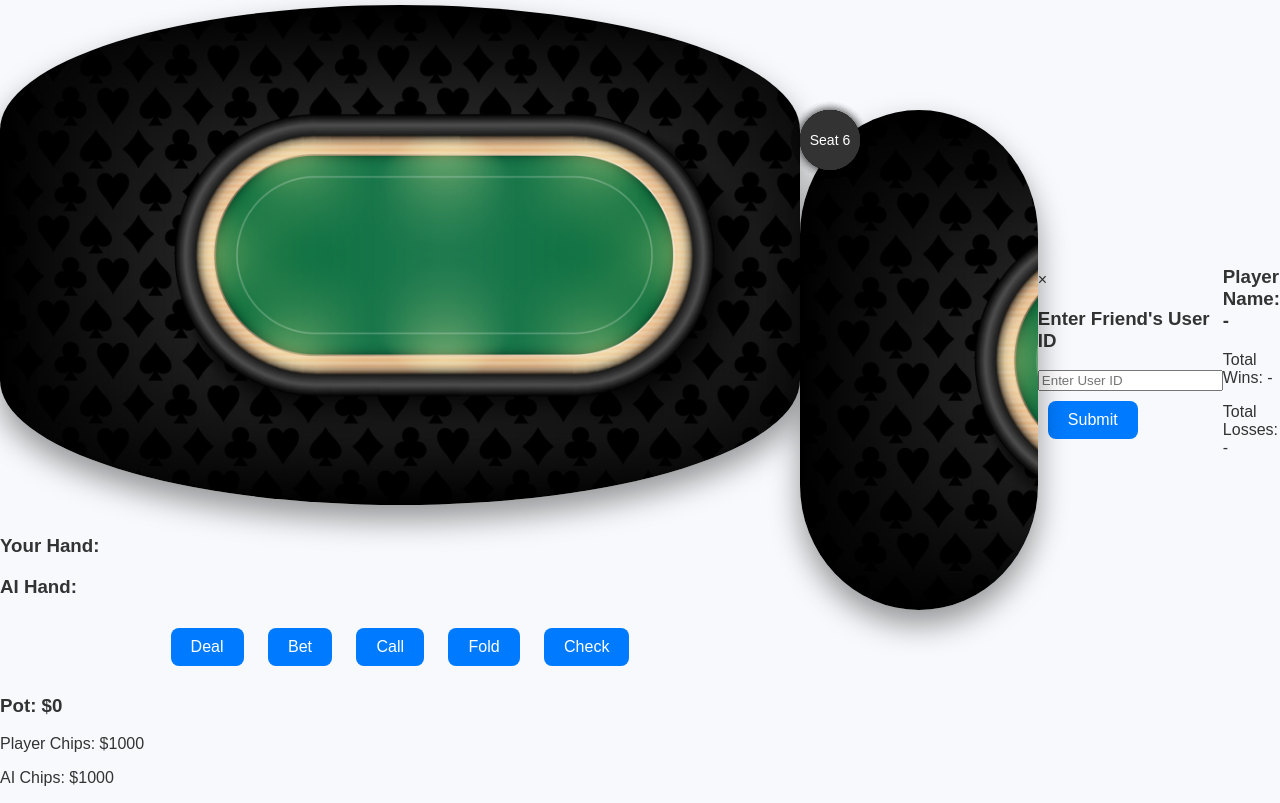
Repository: KidBillionaire/newapp
Page: public/playTable.html
These files come from the project's save history. The page is drawn as it stood at one moment and after the next save; the edit follows.
The browser window is 1280 px wide. The pictures show the whole page.

Above is the page before, as saved 2024-10-10 18:46:23.

After the next save:
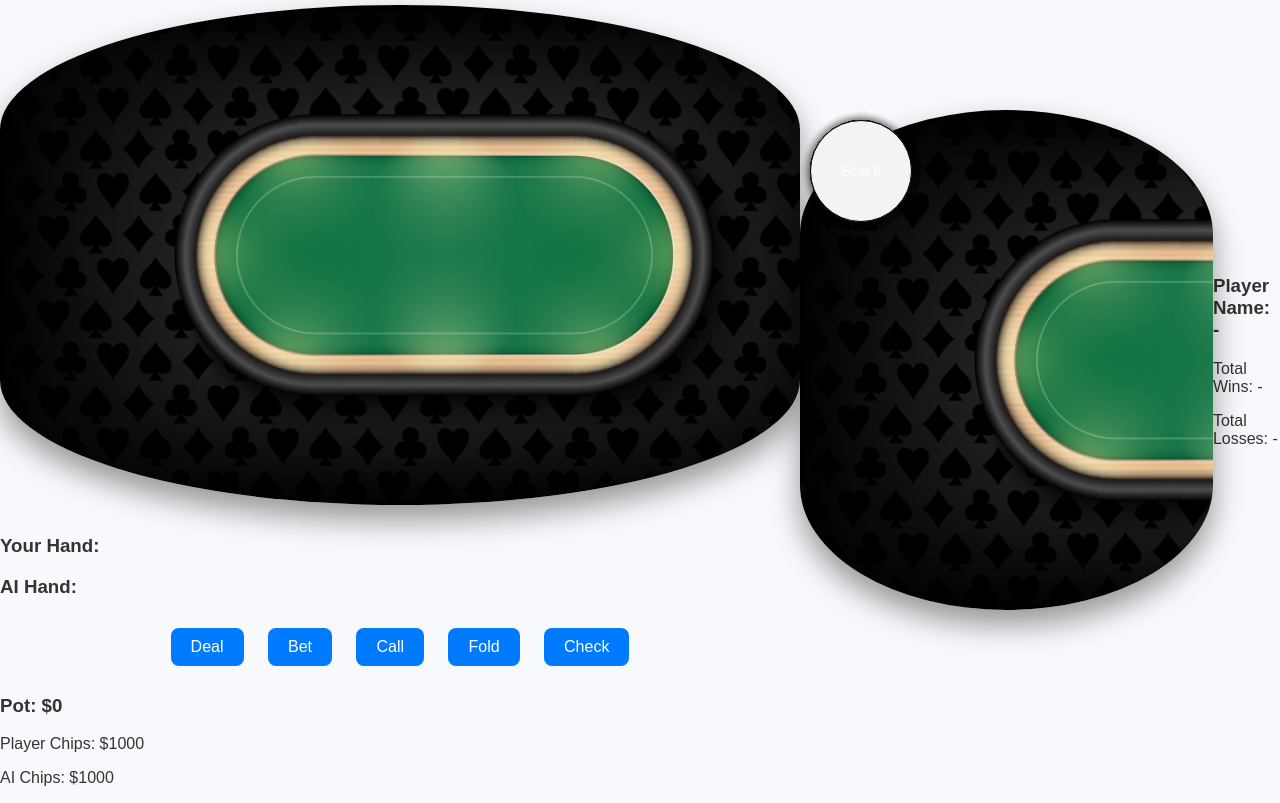
Saved 14 s later.
--- a/public/styles.css
+++ b/public/styles.css
@@ -217,3 +217,56 @@ button:hover {
     box-shadow: 0 15px 35px rgba(0, 0, 0, 0.5), 0 8px 25px rgba(0, 0, 0, 0.2);
     transform: scale(1.05);
 }
+
+/* Style the seats */
+.seat {
+    width: 100px;
+    height: 100px;
+    border: 1px solid #000;
+    margin: 10px;
+    display: inline-flex;
+    align-items: center;
+    justify-content: center;
+    cursor: pointer;
+    background-color: #f3f3f3;
+  }
+
+  .seat:hover {
+    background-color: #00cc44;
+  }
+
+  /* Modal Styles */
+  .modal {
+    display: none;
+    position: fixed;
+    z-index: 1;
+    left: 0;
+    top: 0;
+    width: 100%;
+    height: 100%;
+    overflow: auto;
+    background-color: rgb(0, 0, 0);
+    background-color: rgba(0, 0, 0, 0.4);
+  }
+
+  .modal-content {
+    background-color: #fefefe;
+    margin: 15% auto;
+    padding: 20px;
+    border: 1px solid #888;
+    width: 30%;
+  }
+
+  .close {
+    color: #aaa;
+    float: right;
+    font-size: 28px;
+    font-weight: bold;
+  }
+
+  .close:hover,
+  .close:focus {
+    color: black;
+    text-decoration: none;
+    cursor: pointer;
+  }
